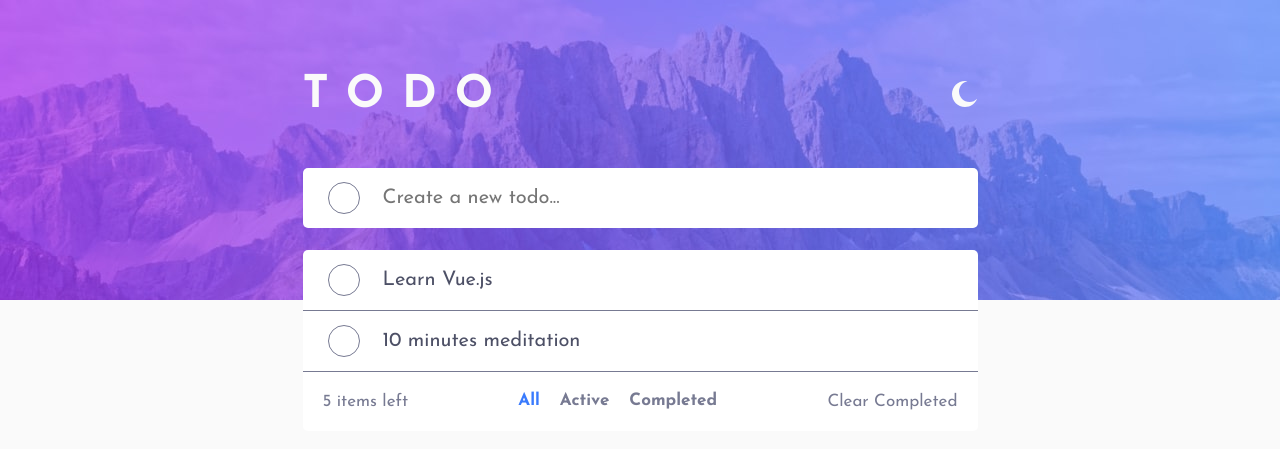
Repository: tomas938/todo-app
Page: /
These files come from the project's save history. The page is drawn as it stood at one moment and after the next save; the edit follows.
The browser window is 1280 px wide. The pictures show the whole page.
The project was rebuilt for these pictures with package versions that can differ from the ones it lists, and the page was loaded fresh each time.

Above is the page before, as saved 2021-08-18 12:17:59.

After the next save:
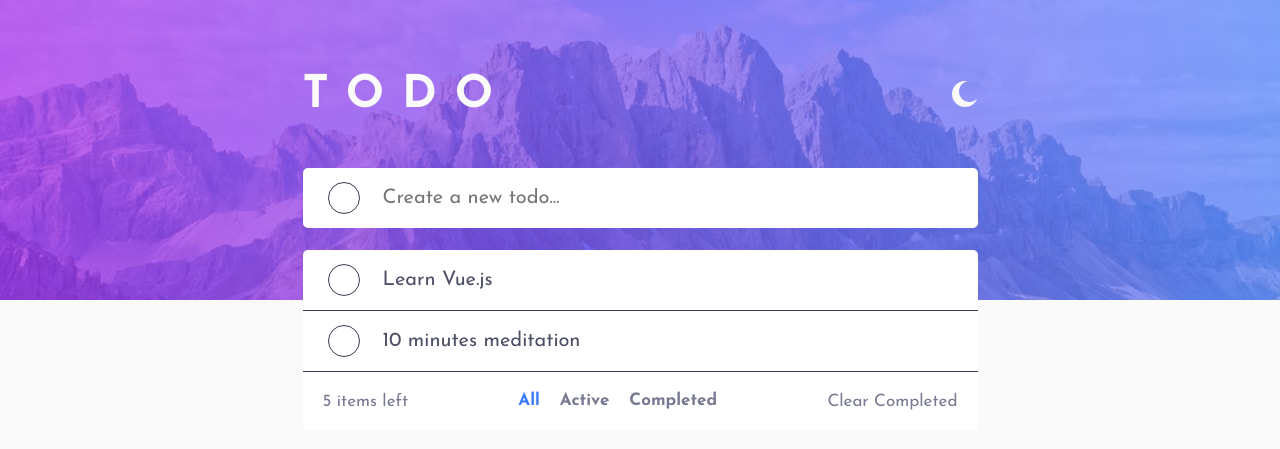
Saved 68 s later.
--- a/src/App.vue
+++ b/src/App.vue
@@ -9,13 +9,13 @@
 		--items-bg-color: hsl(235, 24%, 19%);
 		--body-bg: hsl(235, 21%, 11%);
 		--todo-text: hsl(236, 33%, 92%);
-		--todo-border: hsl(234, 11%, 52%);
+		--todo-border: hsl(237, 14%, 26%);
 	}
 	.light {
 		--items-bg-color: hsl(0, 0%, 100%);
 		--body-bg: hsl(0, 0%, 98%);
 		--todo-text: hsl(233, 14%, 35%);
-		--todo-border: hsl(234, 11%, 52%);
+		--todo-border: hsl(237, 14%, 26%);
 	}
 }
 * {
